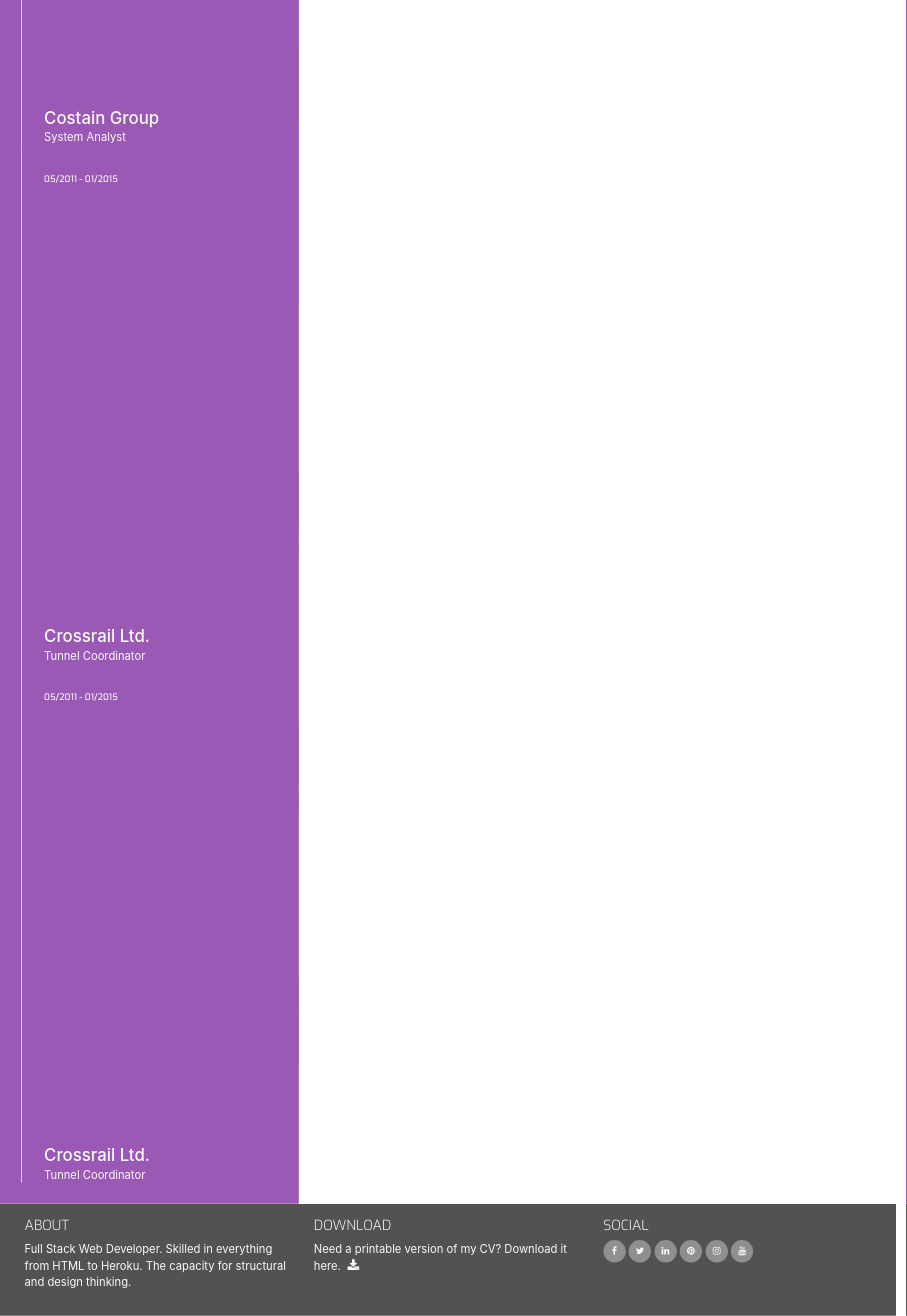
Repository: lolalongo11/Loredana-Resume
Page: resume.html
The author's editor kept a record of every edit. The page is drawn from the files as they stood at one moment, then again after the next edit.
The browser window is 1280 px wide. The page is 1295 px wide, so the pictures cover 1295 px, including what lies to the right of the window. The pictures show the part of the page from y = 1751 to 3631 px (the page is 3631 px tall before and 2890 px after), at 70% of full size.

Above is the page before.

After the next edit:
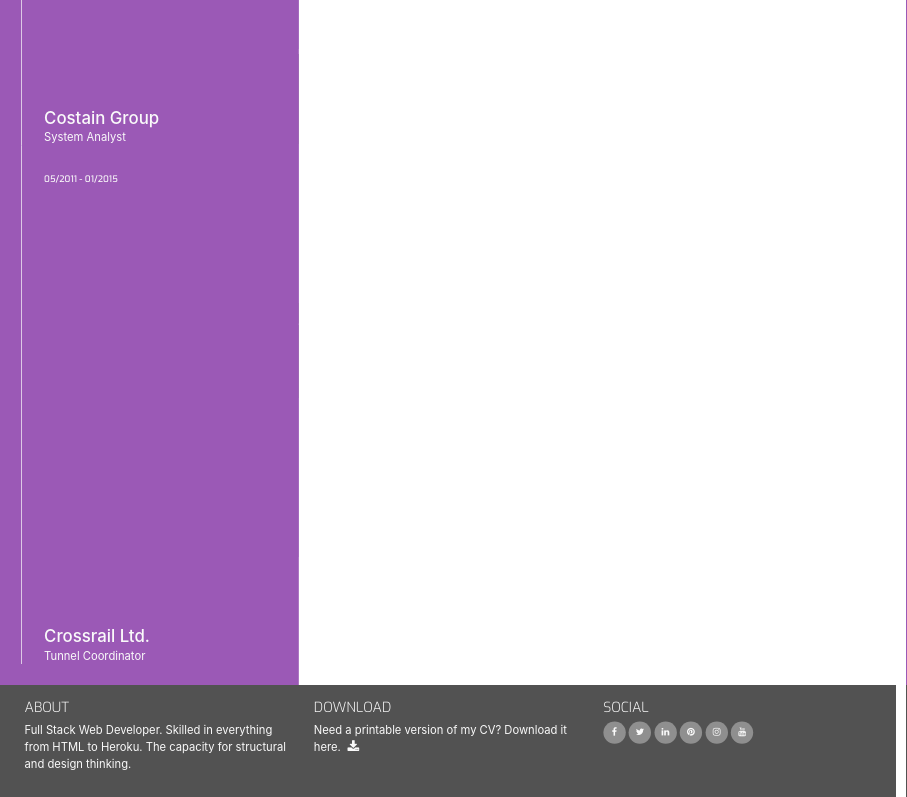
The edit:
--- a/resume.html
+++ b/resume.html
@@ -67,10 +67,6 @@
                     <h4>Crossrail Ltd.</h4>
                     <p>Tunnel Coordinator</p>
                 </div>
-                <div class="timeline-item" data-dates="05/2011 - 01/2015">
-                    <h4>Crossrail Ltd.</h4>
-                    <p>Tunnel Coordinator</p>
-                </div>
             </div>
             <div class="col-md-8 bg-color-three-reasons section-column">
                 <div class="row">
